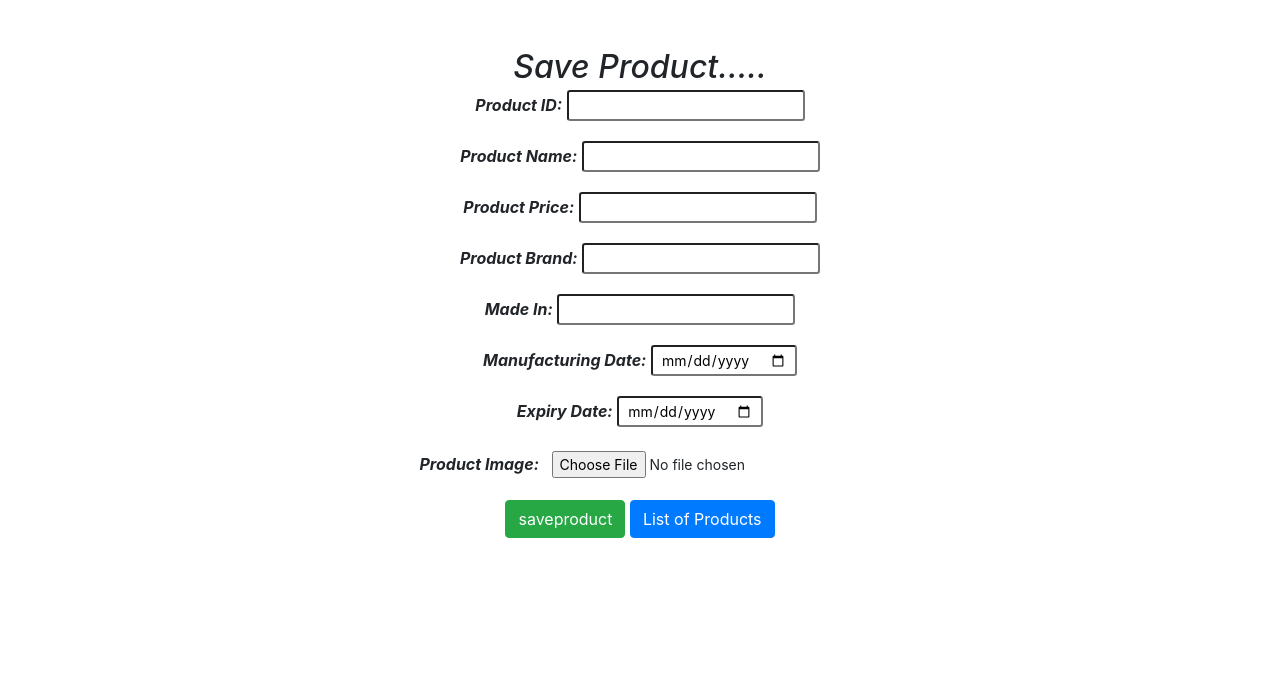
Repository: ShailajaMakkala/AdvJavaPrograms
Page: ProductManagementApp1/src/main/webapp/add-product.html
These files come from the project's save history. The page is drawn as it stood at one moment and after the next save; the edit follows.
The browser window is 1280 px wide. The pictures show the whole page.

Above is the page before, as saved 2024-03-12 09:32:35.

### ProductManagementApp1/src/main/webapp/add-product.html
<html>
<head>
<title>Add Product</title>

<!-- Bootstrap CDN Links to Get the support of Bootstrap -->
<link rel="stylesheet"  href="https://stackpath.bootstrapcdn.com/bootstrap/4.3.1/css/bootstrap.min.css"></link>

<!-- This is Javascript validation code location -->
<script src="formvalidation.js"></script>
</head>

<body>
 <div class ="container mt-5 text-center">
   <h2 class="text-center font-italic mb-1">Save Product.....</h2>
   <form method="post" action="./AddProductServlet" enctype="multipart/form-data" onsubmit="return validateForm()">

       <div class="form-group">
            <label class="font-italic font-weight-bold" for="proId">Product ID:</label>
            <input type="text" class="form-control-sm" id="proId" name="proId" required>

       </div>

        <div class="form-group">
            <label class="font-italic font-weight-bold" for="proName">Product Name:</label>
            <input type="text" class="form-control-sm" id="proName" name="proName" required>

       </div>

         <div class="form-group">
            <label class="font-italic font-weight-bold" for="proPrice">Product Price:</label>
            <input type="number" class="form-control-sm" id="proPrice" name="proPrice" required>

       </div>

         <div class="form-group">
            <label class="font-italic font-weight-bold" for="proBrand">Product Brand:</label>
            <input type="text" class="form-control-sm" id="proBrand" name="proBrand" required>

       </div>

         <div class="form-group">
            <label class="font-italic font-weight-bold" for="proMadeIn">Made In:</label>
            <input type="text" class="form-control-sm" id="proMadeIn" name="proMadeIn" required>

         </div>

         <div class="form-group">
            <label class="font-italic font-weight-bold" for="proMfgDate">Manufacturing Date:</label>
            <input type="date" class="form-control-sm" id="proMfgDate" name="proMfgDate" required>

        </div>

          <div class="form-group">
            <label class="font-italic font-weight-bold" for="proExpDate">Expiry Date:</label>
            <input type="date" class="form-control-sm" id="proExpDate" name="proExpDate" required>

        </div>

         <div class="form-group">
            <label class="font-italic font-weight-bold" for="proImage">Product Image:</label>
            <input type="file" class="form-control-sm" id="proImage" name="proImage" accept="image/*" required>

        </div>

         <div >

            <input type="submit" class="btn btn-success" value="saveproduct"/>
            <a href="productList.jsp" class="btn btn-primary"> List of Products</a>

        </div>



   </form>
 </div>

</body>
</html>

### ProductManagementApp1/src/main/webapp/formvalidation.js
function  validateForm()
{
	// Read the form data
	var proId=document.getElementById("proId").value;
	var proName=document.getElementById("proName").value;
	var proPrice=document.getElementById("proPrice").value;
	var proBrand=document.getElementById("proBrand").value;
	var proMadeIn=document.getElementById("proMadeIn").value;


	if(proId.trim()===""||proName.trim()===""||proPrice.trim()===""||proBrand.trim()===""||proMadeIn.trim()===""){
		alert("All fields must be filled out");
		return false;
	}

	if(parseFloat(proPrice)<0){
		alert("proPrice must be a non-negative value")
	}

	if(proName.length>50 || proBrand.length>50){
		alert("product name and product brand must be less than 50 characters")
	}

	//get the mfg and exp dates

	var proMfcDate=document.getElementById("proMfgDate").value;
	var proExpDate=document.getElementById("proExpDate").value;

	// convert into dateformat
	var manufacturingDateObj=new Date(proMfcDate);
	var expiryDateObj=new Date(proExpDate);

	//check the validation of dates
	if(manufacturingDateObj>expiryDateObj){
		alert("Manufacturing date cannot be greater than expirydate...");
		return false;

	}
	return true;
}

After the next save:
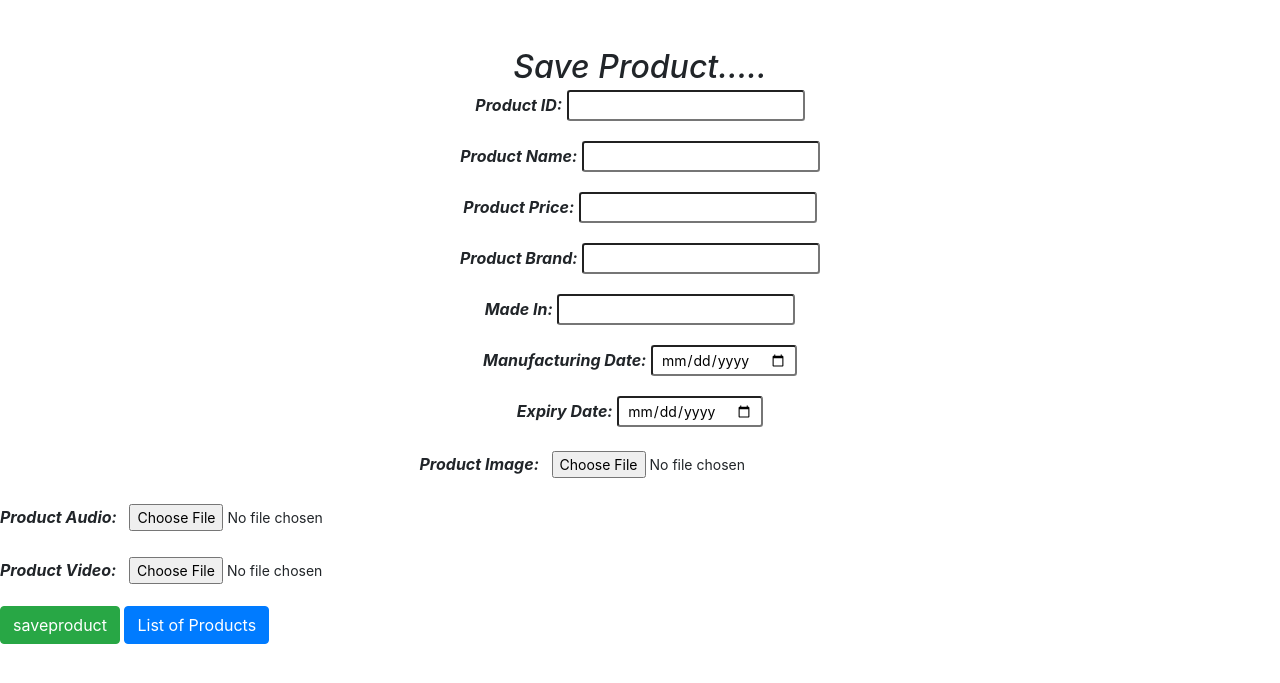
Saved 2 min 37 s later.
--- a/ProductManagementApp1/src/main/webapp/add-product.html
+++ b/ProductManagementApp1/src/main/webapp/add-product.html
@@ -61,7 +61,20 @@
             <input type="file" class="form-control-sm" id="proImage" name="proImage" accept="image/*" required>
 
         </div>
+            </div>
 
+         <div class="form-group">
+            <label class="font-italic font-weight-bold" for="proAudio">Product Audio:</label>
+            <input type="file" class="form-control-sm" id="proAudio" name="proAudio" accept="Audio/*" required>
+
+        </div>
+          </div>
+
+         <div class="form-group">
+            <label class="font-italic font-weight-bold" for="proVideo">Product Video:</label>
+            <input type="file" class="form-control-sm" id="proVideo" name="proVideo" accept="video" required>
+
+        </div>
          <div >
 
             <input type="submit" class="btn btn-success" value="saveproduct"/>
